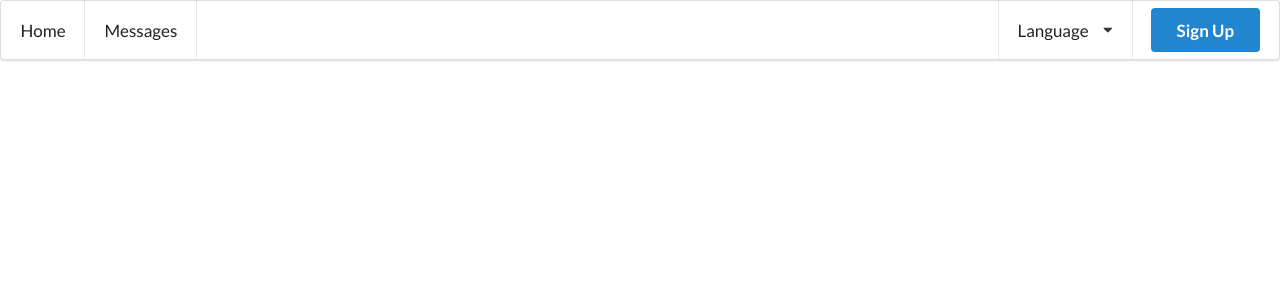
Repository: rizacantire/libraryReact
Page: /
These files come from the project's save history. The page is drawn as it stood at one moment and after the next save; the edit follows.
The browser window is 1280 px wide. The pictures show the whole page.
The project was rebuilt for these pictures with package versions that can differ from the ones it lists, and the page was loaded fresh each time.

Above is the page before, as saved 2021-08-09 00:51:38.

### src/App.js
import './App.css';
import 'semantic-ui-css/semantic.min.css'
import Dashboard from './layouts/Dashboard';
function App() {
  return (
    <div className="App">
      <Dashboard/>


    </div>
  );
}

export default App;

### src/layouts/Dashboard.jsx
import React from 'react'
import Navi from './Navi'

export default function Dashboard() {
    return (
    <div>
      <Navi/>
    </div>
    )
}

### src/layouts/Navi.jsx
import React from "react";
import { Button, Dropdown, Menu } from 'semantic-ui-react'

export default function Navi() {
  return (
    <div>
      <Menu size="huge">
        <Menu.Item
          name="home"
        />
        <Menu.Item
          name="messages"
        />

        <Menu.Menu position="right">
          <Dropdown item text="Language">
            <Dropdown.Menu>
              <Dropdown.Item>English</Dropdown.Item>
              <Dropdown.Item>Russian</Dropdown.Item>
              <Dropdown.Item>Spanish</Dropdown.Item>
            </Dropdown.Menu>
          </Dropdown>

          <Menu.Item>
            <Button primary>Sign Up</Button>
          </Menu.Item>
        </Menu.Menu>
      </Menu>
    </div>
  );
}

### src/layouts/Categories.jsx
import React from 'react'

export default function Categories() {
    return (
        <div>
            Kategoriler
        </div>
    )
}

Loaded but not shown: public/index.html (common file); src/index.js (common file); src/index.css (common file); src/reportWebVitals.js (common file); src/App.css (common file)

After the next save:
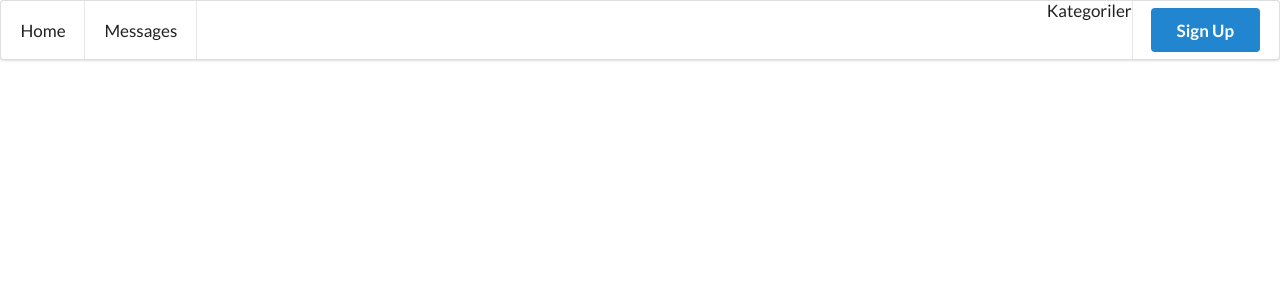
Saved 4 min 41 s later.
--- a/src/layouts/Navi.jsx
+++ b/src/layouts/Navi.jsx
@@ -1,5 +1,6 @@
 import React from "react";
 import { Button, Dropdown, Menu } from 'semantic-ui-react'
+import Categories from './Categories'
 
 export default function Navi() {
   return (
@@ -13,13 +14,7 @@ export default function Navi() {
         />
 
         <Menu.Menu position="right">
-          <Dropdown item text="Language">
-            <Dropdown.Menu>
-              <Dropdown.Item>English</Dropdown.Item>
-              <Dropdown.Item>Russian</Dropdown.Item>
-              <Dropdown.Item>Spanish</Dropdown.Item>
-            </Dropdown.Menu>
-          </Dropdown>
+          <Categories></Categories>
 
           <Menu.Item>
             <Button primary>Sign Up</Button>
